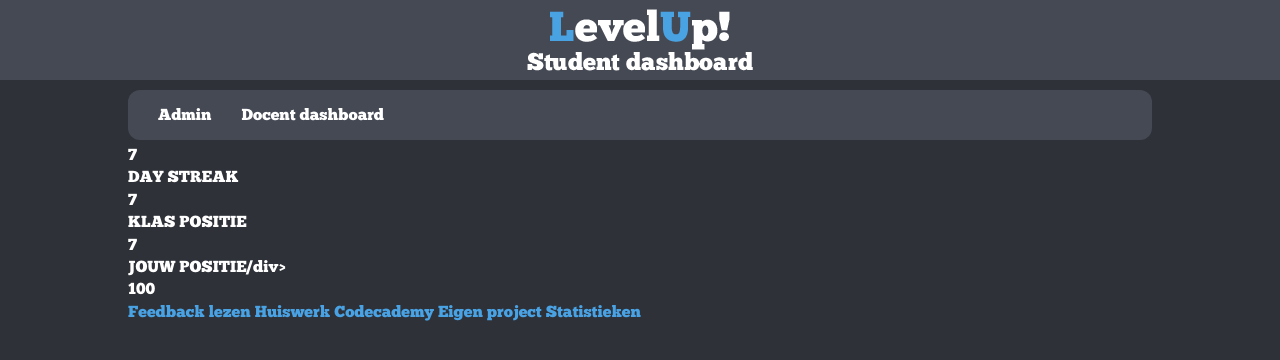
Repository: boblanckenburg/levelup
Page: website/src/index.html
These files come from the project's save history. The page is drawn as it stood at one moment and after the next save; the edit follows.
The browser window is 1280 px wide. The pictures show the whole page.

Above is the page before, as saved 2014-10-07 13:13:51.

After the next save:
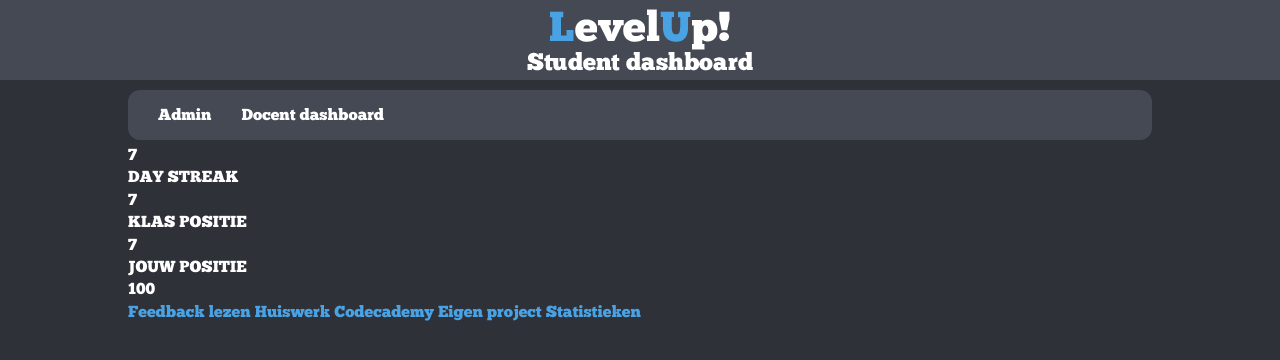
Saved 26 s later.
--- a/website/src/index.html
+++ b/website/src/index.html
@@ -37,7 +37,7 @@
 					</div>
 					<div class="streakitem">
 						<div class="score">7</div>
-						<div class="name">JOUW POSITIE/div>
+						<div class="name">JOUW POSITIE</div>
 					</div>
 				</section>
 
